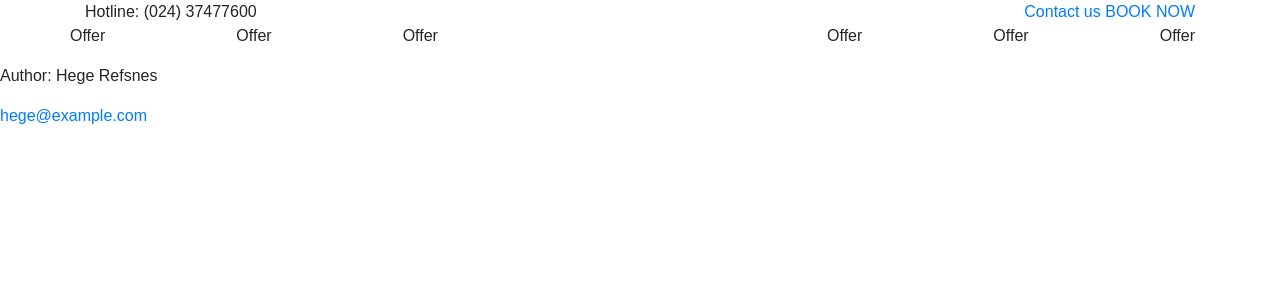
Repository: heishung/project-booking
Page: index.html
These files come from the project's save history. The page is drawn as it stood at one moment and after the next save; the edit follows.
The browser window is 1280 px wide. The pictures show the whole page.
Some web fonts or font styles are not loaded; a fallback is used. The style sheet was rebuilt from its Sass, Less or Tailwind sources for each picture, by a compiler version that may differ from the author's.

Above is the page before, as saved 2020-11-19 23:25:51.
Console error (its wording comes from the project's code and is left out).

After the next save:
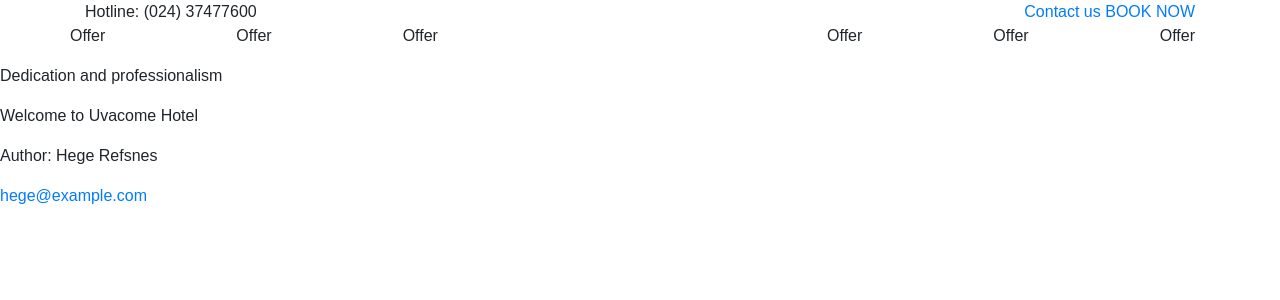
Saved 109 s later.
--- a/index.html
+++ b/index.html
@@ -29,6 +29,10 @@
                     <li class="item"><a href="#"> </a>Offer</li>
                 </ul>
             </div>
+            <div class="banner-text-content">
+                <p>Dedication and professionalism</p>
+                <p>Welcome to Uvacome Hotel</p>
+            </div>
         </div>
     </header>
 
